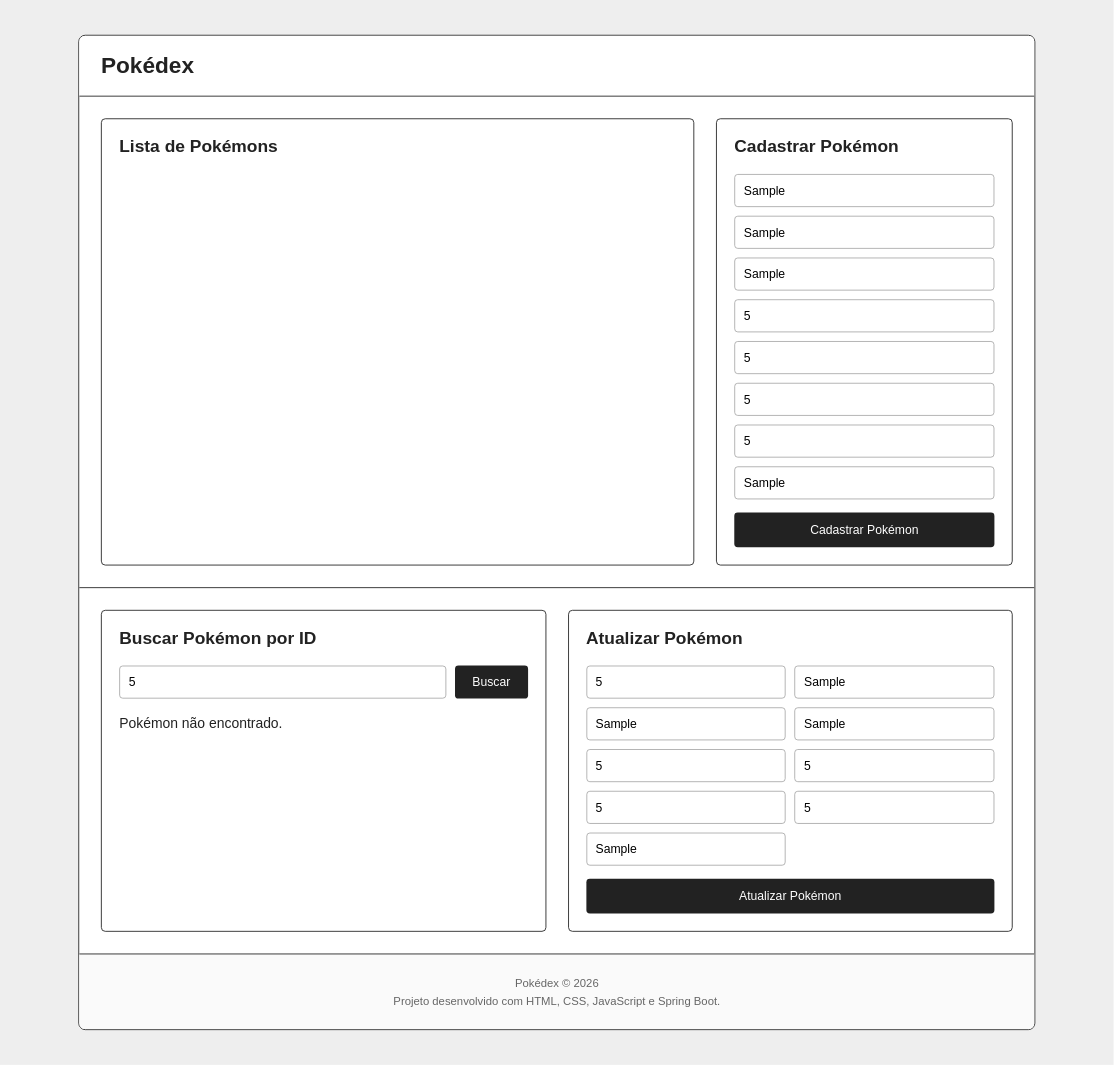
Repository: arthurSchgg/pokedex
Page: front-end/index.html
An editor plug-in stored every save of this project. The page is shown before and after the next save, followed by the edit.
The browser window is 1280 px wide. The pictures show the whole page, at 87% of full size.
Empty fields were first filled with sample values (such as "Sample", 5 or name@example.com).
After loading, the first visible `#buscar-pokemon` was clicked once.
The page's requests for data from a server got no answer.

Above is the page before, as saved 2026-10-01 16:49:21.

### front-end/index.html
<!DOCTYPE html>
<html lang="pt-br">

<head>
    <meta charset="UTF-8">
    <meta name="viewport" content="width=device-width, initial-scale=1.0">

    <link rel="stylesheet" href="style.css">

    <title>Pokédex</title>
</head>

<body>

    <div id="app">

        <!-- CABEÇALHO -->
        <header>

            <h1>Pokédex</h1>

        </header>


        <!-- LISTA + CADASTRO -->
        <main>

            <section class="lista">

                <h2>Lista de Pokémons</h2>

                <div id="container-pokemon">
                </div>

            </section>


            <aside class="lateral">

                <h2>Cadastrar Pokémon</h2>

                <form id="pokemon-form">

                    <input
                        id="nome"
                        type="text"
                        placeholder="Nome"
                        required
                    >

                    <input
                        id="tipo1"
                        type="text"
                        placeholder="Tipo 1"
                        required
                    >

                    <input
                        id="tipo2"
                        type="text"
                        placeholder="Tipo 2"
                    >

                    <input
                        id="hp"
                        type="number"
                        placeholder="HP"
                        required
                    >

                    <input
                        id="ataque"
                        type="number"
                        placeholder="Ataque"
                        required
                    >

                    <input
                        id="defesa"
                        type="number"
                        placeholder="Defesa"
                        required
                    >

                    <input
                        id="velocidade"
                        type="number"
                        placeholder="Velocidade"
                        required
                    >

                    <input
                        id="imagem_url"
                        type="text"
                        placeholder="URL da imagem"
                        required
                    >

                    <button type="submit">
                        Cadastrar Pokémon
                    </button>

                </form>

            </aside>

        </main>


        <!-- BUSCAR + ATUALIZAR -->
        <section class="acoes">


            <!-- BUSCAR POR ID -->
            <div id="area-buscar">

                <h2>Buscar Pokémon por ID</h2>

                <div class="busca">

                    <input
                        type="number"
                        id="id"
                        placeholder="Digite o ID do Pokémon"
                    >

                    <button id="buscar-pokemon">
                        Buscar
                    </button>

                </div>

                <div id="pokemon-buscado"></div>

            </div>


            <!-- ATUALIZAR -->
            <div id="area-atualizar">

                <h2>Atualizar Pokémon</h2>

                <form id="pokemon-update-form">

                    <input
                        type="number"
                        id="update-id"
                        placeholder="ID do Pokémon"
                        required
                    >

                    <input
                        type="text"
                        id="update-nome"
                        placeholder="Novo nome"
                        required
                    >

                    <input
                        type="text"
                        id="update-tipo1"
                        placeholder="Novo tipo 1"
                        required
                    >

                    <input
                        type="text"
                        id="update-tipo2"
                        placeholder="Novo tipo 2"
                    >

                    <input
                        type="number"
                        id="update-hp"
                        placeholder="Novo HP"
                        required
                    >

                    <input
                        type="number"
                        id="update-ataque"
                        placeholder="Novo ataque"
                        required
                    >

                    <input
                        type="number"
                        id="update-defesa"
                        placeholder="Nova defesa"
                        required
                    >

                    <input
                        type="number"
                        id="update-velocidade"
                        placeholder="Nova velocidade"
                        required
                    >

                    <input
                        type="text"
                        id="update-imagem_url"
                        placeholder="Nova URL da imagem"
                        required
                    >

                    <button type="submit">
                        Atualizar Pokémon
                    </button>

                </form>

            </div>

        </section>


        <!-- FOOTER -->
        <footer>

            <p>Pokédex © 2026</p>

            <p>
                Projeto desenvolvido com HTML, CSS, JavaScript e Spring Boot.
            </p>

        </footer>

    </div>


    <script src="script.js"></script>

</body>

</html>

### front-end/style.css
* {
    box-sizing: border-box;
    margin: 0;
    padding: 0;
}


body {
    font-family: Arial, Helvetica, sans-serif;

    background-color: #eeeeee;

    color: #222;

    padding: 40px 20px;
}

#app {
    width: 1100px;

    max-width: 100%;

    margin: 0 auto;

    background-color: white;

    border: 1px solid #222;

    border-radius: 8px;

    overflow: hidden;
}

header {
    height: 70px;

    display: flex;

    align-items: center;

    padding: 0 25px;

    border-bottom: 1px solid #222;

    background-color: white;
}

header h1 {
    font-size: 26px;

    font-weight: bold;
}

main {
    display: grid;

    grid-template-columns: 2fr 1fr;

    gap: 25px;

    padding: 25px;
}

.lista {
    border: 1px solid #222;

    border-radius: 5px;

    padding: 20px;

    min-height: 500px;
}

.lista h2 {
    font-size: 20px;

    margin-bottom: 20px;
}

#container-pokemon {
    display: grid;

    grid-template-columns: repeat(3, 1fr);

    gap: 15px;

    max-height: 420px;

    overflow-y: auto;

    padding: 5px;
}

.card-pokemon {
    border: 1px solid #cccccc;

    border-radius: 8px;

    background-color: #fafafa;

    padding: 12px;

    text-align: center;

    cursor: pointer;

    transition:
        transform 0.2s,
        box-shadow 0.2s,
        border-color 0.2s;
}

.card-pokemon:hover {
    transform: translateY(-3px);

    border-color: #222;

    box-shadow: 0 4px 10px rgba(0, 0, 0, 0.15);
}

.card-pokemon img {
    display: block;

    width: 100px;

    height: 100px;

    object-fit: contain;

    margin: 8px auto;
}

.card-pokemon h2 {
    font-size: 18px;

    margin-bottom: 6px;
}

.pokemon-id {
    color: #777;

    font-size: 12px !important;

    font-weight: bold;
}

.pokemon-tipos {
    font-size: 13px;

    color: #555;

    margin-top: 5px;
}

.lateral {
    border: 1px solid #222;

    border-radius: 5px;

    padding: 20px;

    min-height: 500px;
}

.lateral h2 {
    font-size: 20px;

    margin-bottom: 20px;
}

form {
    display: flex;

    flex-direction: column;

    gap: 10px;
}

form input {
    width: 100%;

    height: 38px;

    padding: 8px 10px;

    border: 1px solid #aaa;

    border-radius: 4px;

    font-size: 14px;

    background-color: white;
}

form input:focus {
    outline: none;

    border-color: #222;
}

form button {
    width: 100%;

    height: 40px;

    margin-top: 5px;

    border: none;

    border-radius: 4px;

    background-color: #222;

    color: white;

    font-size: 14px;

    cursor: pointer;

    transition: background-color 0.2s;
}

form button:hover {
    background-color: #444;
}

.acoes {
    display: grid;

    grid-template-columns: 1fr 1fr;

    gap: 25px;

    padding: 25px;

    border-top: 1px solid #222;
}

#area-buscar {
    border: 1px solid #222;

    border-radius: 5px;

    padding: 20px;

    min-height: 300px;
}

#area-buscar h2 {
    font-size: 20px;

    margin-bottom: 20px;
}

.busca {
    display: flex;

    gap: 10px;
}

.busca input {
    flex: 1;

    height: 38px;

    padding: 8px 10px;

    border: 1px solid #aaa;

    border-radius: 4px;

    font-size: 14px;
}

.busca input:focus {
    outline: none;

    border-color: #222;
}

.busca button {
    height: 38px;

    padding: 0 20px;

    border: none;

    border-radius: 4px;

    background-color: #222;

    color: white;

    font-size: 14px;

    cursor: pointer;
}

.busca button:hover {
    background-color: #444;
}

#pokemon-buscado {
    margin-top: 20px;
}

#pokemon-buscado .card-pokemon {
    cursor: default;

    max-width: 350px;
}

#area-atualizar {
    border: 1px solid #222;

    border-radius: 5px;

    padding: 20px;

    min-height: 300px;
}

#area-atualizar h2 {
    font-size: 20px;

    margin-bottom: 20px;
}

#pokemon-update-form {
    display: grid;

    grid-template-columns: 1fr 1fr;

    gap: 10px;
}

#pokemon-update-form input {
    width: 100%;
}

#pokemon-update-form button {
    grid-column: 1 / -1;
}

footer {
    border-top: 1px solid #222;

    padding: 25px;

    text-align: center;

    background-color: #fafafa;

    color: #666;

    font-size: 13px;
}

footer p+p {
    margin-top: 6px;
}

#container-pokemon::-webkit-scrollbar {
    width: 8px;
}

#container-pokemon::-webkit-scrollbar-track {
    background: #eeeeee;

    border-radius: 5px;
}

#container-pokemon::-webkit-scrollbar-thumb {
    background: #999;

    border-radius: 5px;
}

#container-pokemon::-webkit-scrollbar-thumb:hover {
    background: #666;
}

@media (max-width: 900px) {

    main {
        grid-template-columns: 1fr;
    }

    .acoes {
        grid-template-columns: 1fr;
    }

    .lateral {
        min-height: auto;
    }

}

@media (max-width: 450px) {

    #container-pokemon {
        grid-template-columns: 1fr;
    }

    .busca {
        flex-direction: column;
    }

    .busca button {
        width: 100%;
    }

    header {
        justify-content: center;
    }

    header h1 {
        font-size: 23px;
    }

}

Loaded but not shown: front-end/script.js (319 lines, source omitted)

After the next save:
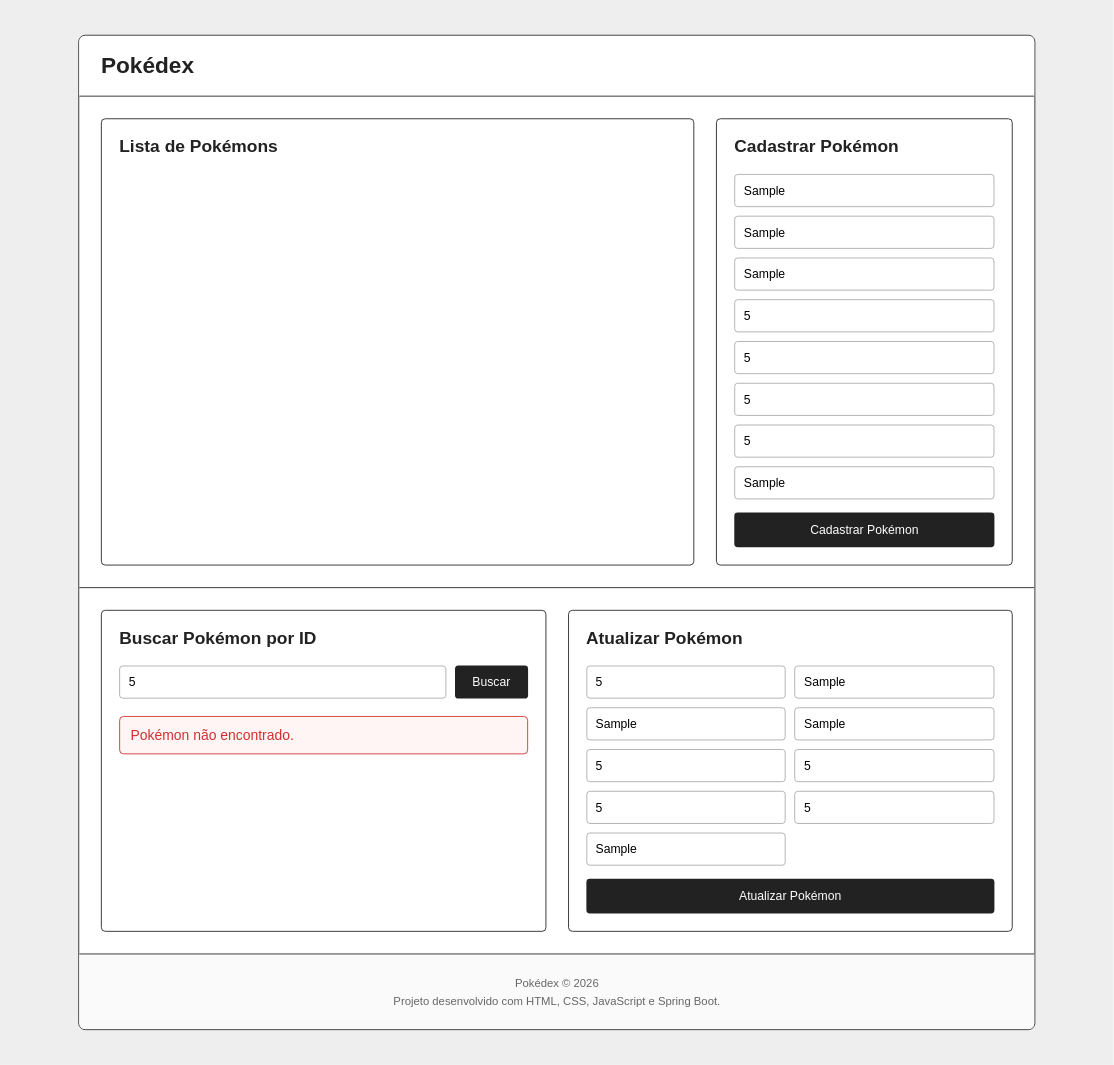
Saved 80 s later.
--- a/front-end/style.css
+++ b/front-end/style.css
@@ -380,6 +380,102 @@
     background: #666;
 }
 
+.pokemon-detalhes {
+    width: 350px;
+
+    max-width: 100%;
+
+    margin-top: 20px;
+
+    padding: 20px;
+
+    border: 1px solid #222;
+
+    border-radius: 8px;
+
+    background-color: #fafafa;
+
+    text-align: center;
+}
+
+.pokemon-detalhes img {
+    width: 150px;
+
+    height: 150px;
+
+    object-fit: contain;
+
+    display: block;
+
+    margin: 10px auto;
+}
+
+.pokemon-detalhes h2 {
+    font-size: 24px;
+
+    margin-bottom: 15px;
+}
+
+.pokemon-detalhes p {
+    margin: 8px 0;
+
+    font-size: 14px;
+}
+
+.pokemon-detalhes .pokemon-id {
+    color: #777;
+
+    font-weight: bold;
+}
+
+
+/* =========================================
+   BOTÃO DELETAR
+========================================= */
+
+.btn-deletar {
+    width: 100%;
+
+    height: 40px;
+
+    margin-top: 15px;
+
+    border: none;
+
+    border-radius: 5px;
+
+    background-color: #d32f2f;
+
+    color: white;
+
+    font-weight: bold;
+
+    cursor: pointer;
+}
+
+.btn-deletar:hover {
+    background-color: #b71c1c;
+}
+
+
+/* =========================================
+   ERRO
+========================================= */
+
+.erro {
+    margin-top: 20px;
+
+    padding: 12px;
+
+    border: 1px solid #d32f2f;
+
+    border-radius: 5px;
+
+    color: #d32f2f;
+
+    background-color: #fff5f5;
+}
+
 @media (max-width: 900px) {
 
     main {

After the save that followed:
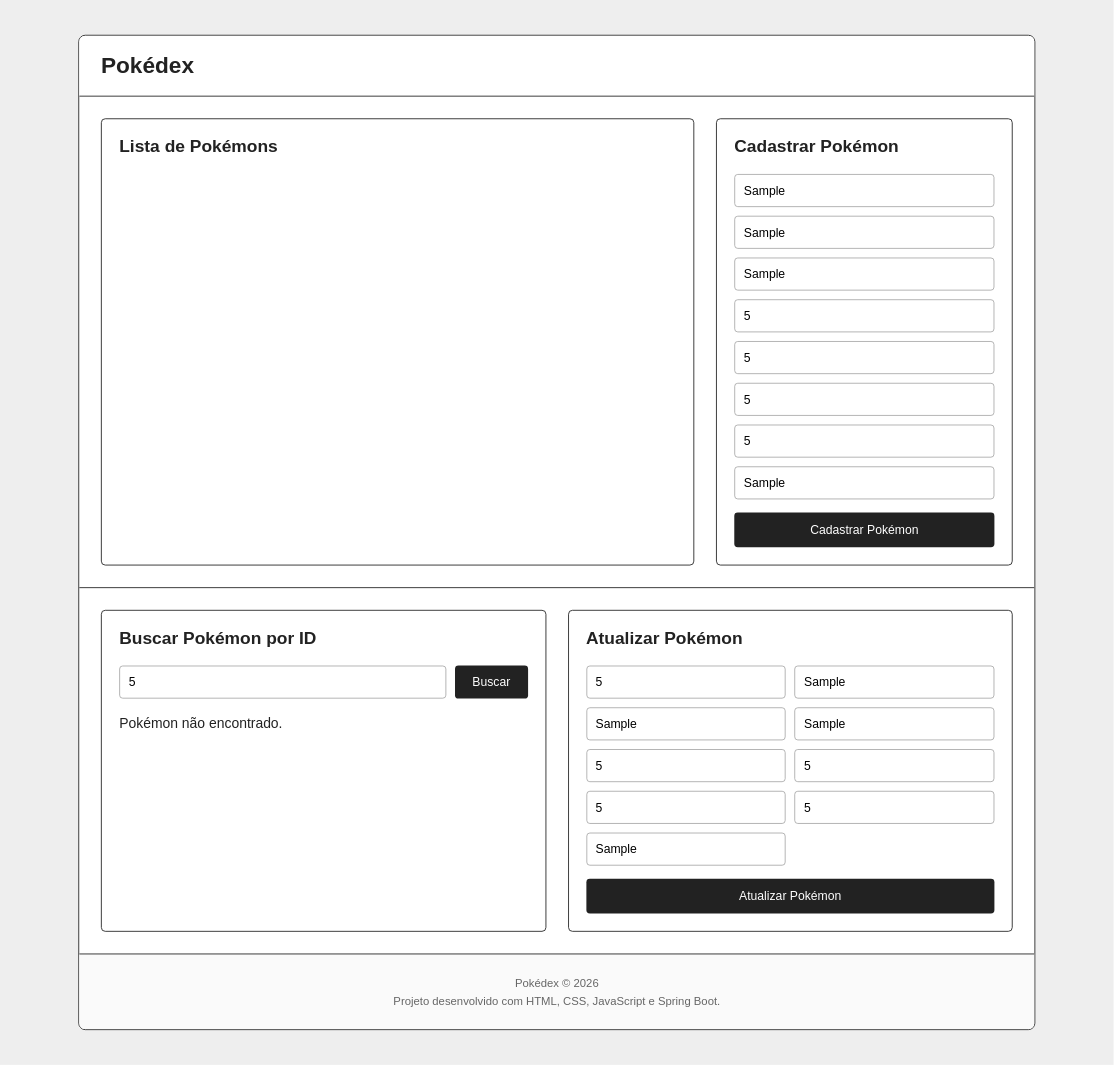
Saved 7 s later.
--- a/front-end/style.css
+++ b/front-end/style.css
@@ -380,101 +380,7 @@
     background: #666;
 }
 
-.pokemon-detalhes {
-    width: 350px;
-
-    max-width: 100%;
-
-    margin-top: 20px;
-
-    padding: 20px;
-
-    border: 1px solid #222;
-
-    border-radius: 8px;
-
-    background-color: #fafafa;
-
-    text-align: center;
-}
-
-.pokemon-detalhes img {
-    width: 150px;
-
-    height: 150px;
-
-    object-fit: contain;
-
-    display: block;
-
-    margin: 10px auto;
-}
-
-.pokemon-detalhes h2 {
-    font-size: 24px;
-
-    margin-bottom: 15px;
-}
-
-.pokemon-detalhes p {
-    margin: 8px 0;
-
-    font-size: 14px;
-}
-
-.pokemon-detalhes .pokemon-id {
-    color: #777;
-
-    font-weight: bold;
-}
-
-
-/* =========================================
-   BOTÃO DELETAR
-========================================= */
-
-.btn-deletar {
-    width: 100%;
-
-    height: 40px;
-
-    margin-top: 15px;
-
-    border: none;
-
-    border-radius: 5px;
-
-    background-color: #d32f2f;
-
-    color: white;
-
-    font-weight: bold;
-
-    cursor: pointer;
-}
-
-.btn-deletar:hover {
-    background-color: #b71c1c;
-}
-
-
-/* =========================================
-   ERRO
-========================================= */
-
-.erro {
-    margin-top: 20px;
-
-    padding: 12px;
-
-    border: 1px solid #d32f2f;
-
-    border-radius: 5px;
-
-    color: #d32f2f;
-
-    background-color: #fff5f5;
-}
+
 
 @media (max-width: 900px) {
 
